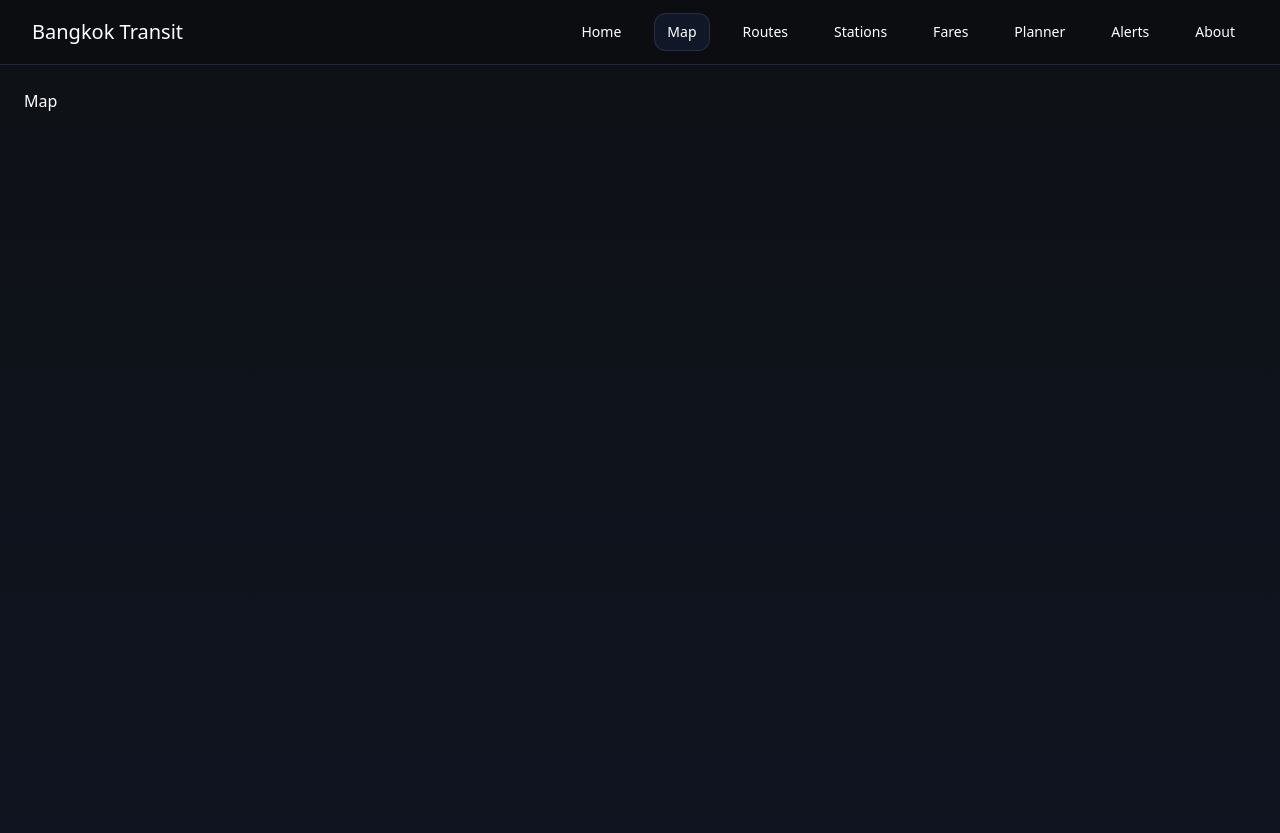
Repository: pyaestk/Bangkok-transit-map
Page: /map
These files come from the project's save history. The page is drawn as it stood at one moment and after the next save; the edit follows.
The browser window is 1280 px wide. The pictures show the whole page.
The project was rebuilt for these pictures with package versions that can differ from the ones it lists, and the page was loaded fresh each time. Also part of the build but not shown: vite.config.ts, src/pages/Home.tsx, src/pages/Planner.tsx, src/pages/Stations.tsx, src/pages/TrainRoutes.tsx, src/pages/Fares.tsx, src/pages/Alerts.tsx, src/pages/About.tsx.

Above is the page before, as saved 2025-10-04 09:39:32.

### index.html
<!doctype html>
<html lang="en">
  <head>
    <meta charset="UTF-8" />
    <link rel="icon" type="image/svg+xml" href="/vite.svg" />
    <meta name="viewport" content="width=device-width, initial-scale=1.0" />
    <title>bangkok-transit-map</title>
  </head>
  <body>
    <div id="root"></div>
    <script type="module" src="/src/main.tsx"></script>
  </body>
</html>

### src/main.tsx
import { StrictMode } from 'react'
import { createRoot } from 'react-dom/client'
import './index.css'
import App from './App.tsx'
import { BrowserRouter as Router } from 'react-router'

createRoot(document.getElementById('root')!).render(
  <StrictMode>
    <Router>
      <App />
    </Router>
  </StrictMode>,
)

### src/App.tsx
import "./App.css";
import NavBar from "./component/NavBar";
import { Routes, Route } from "react-router-dom";
import Home from "./pages/Home";
import Map from "./pages/Map";
import Planner from "./pages/Planner";
import Stations from "./pages/Stations";
import TrainRoutes from "./pages/TrainRoutes";
import Fares from "./pages/Fares";
import Alerts from "./pages/Alerts";
import About from "./pages/About";


function App() {
  return (
    <div className="min-h-screen flex flex-col">
      {/* Navbar at the top */}
      <NavBar />

      {/* Main content area */}
      <main className="flex-1 p-6 bg-[linear-gradient(180deg,rgba(14,17,22,1)_0%,rgba(15,20,32,1)_100%)]">
        <Routes>
          <Route
            path="/"
            element={ <Home/> }
          />
          <Route
            path="/map"
            element={ <Map/> }
          />
          <Route
            path="/planner"
            element={ <Planner/>}
          />
          <Route
            path="/routes"
            element={<TrainRoutes/>}
          />
          <Route
            path="/stations"
            element={<Stations/>}
          />

          <Route
            path="/fares"
            element={<Fares/>}
          />
          <Route
            path="/alerts"
            element={<Alerts/>}
          />
          <Route
            path="/about"
            element={<About/>}
          />
        </Routes>
      </main>
    </div>
  );
}

export default App;

### src/App.css
@import "tailwindcss";

:root{
    background-color: black;
}

### src/component/NavBar.tsx
import { NavLink } from "react-router-dom";
import { useState } from "react";

function NavBar() {
  const [open, setOpen] = useState(false);

  const baseClasses =
    "px-3 py-2 rounded-xl text-sm border border-transparent block text-center";
  const inactiveClasses = "text-white transition-colors";
  const activeClasses = "bg-gray-900 text-white border border-white/10";

  const links = [
    { to: "/", label: "Home" },
    { to: "/map", label: "Map" },
    { to: "/routes", label: "Routes" },
    { to: "/stations", label: "Stations" },
    { to: "/fares", label: "Fares" },
    { to: "/planner", label: "Planner" },
    { to: "/alerts", label: "Alerts" },
    { to: "/about", label: "About" },
  ];

  return (
    <nav className="sticky top-0 z-50 bg-[#0e1116cc] border-b border-[#232838] backdrop-blur-[5px] backdrop-brightness-[100%] [-webkit-backdrop-filter:blur(5px)_brightness(100%)]">
      <div className="max-w-7xl mx-auto px-4 sm:px-6 lg:px-8">
        <div className="flex items-center justify-between h-16">
          {/* Left side (Logo / Brand) */}
          <div className="flex-shrink-0 text-white text-xl">
            Bangkok Transit
          </div>

          {/* Desktop links */}
          <div className="hidden md:flex space-x-5">
            {links.map((l) => (
              <NavLink
                key={l.to}
                to={l.to}
                className={({ isActive }) =>
                  `${baseClasses} ${isActive ? activeClasses : inactiveClasses}`
                }
              >
                {l.label}
              </NavLink>
            ))}
          </div>

          {/* Mobile hamburger button */}
          <div className="md:hidden">
            <button
              aria-label="Toggle menu"
              onClick={() => setOpen((s) => !s)}
              className="inline-flex items-center justify-center p-2 rounded-md text-white hover:bg-white/5 focus:outline-none focus:ring-2 focus:ring-white"
            >
              <span className="sr-only">Open main menu</span>
              {/* Hamburger / X icon */}
              <svg
                className={`h-6 w-6 ${open ? "hidden" : "block"}`}
                xmlns="http://www.w3.org/2000/svg"
                fill="none"
                viewBox="0 0 24 24"
                strokeWidth={2}
                stroke="currentColor"
                aria-hidden="true"
              >
                <path
                  strokeLinecap="round"
                  strokeLinejoin="round"
                  d="M3 6h18M3 12h18M3 18h18"
                />
              </svg>
              <svg
                className={`h-6 w-6 ${open ? "block" : "hidden"}`}
                xmlns="http://www.w3.org/2000/svg"
                fill="none"
                viewBox="0 0 24 24"
                strokeWidth={2}
                stroke="currentColor"
                aria-hidden="true"
              >
                <path
                  strokeLinecap="round"
                  strokeLinejoin="round"
                  d="M6 18L18 6M6 6l12 12"
                />
              </svg>
            </button>
          </div>
        </div>
      </div>

      {/* Mobile menu, shown when open is true */}
      <div className={`md:hidden ${open ? "block" : "hidden"} `}>
        <div className="px-2 pt-2 pb-3 space-y-1">
          {links.map((l) => (
            <NavLink
              key={l.to}
              to={l.to}
              onClick={() => setOpen(false)}
              className={({ isActive }) =>
                `${baseClasses} ${isActive ? activeClasses : inactiveClasses}`
              }
            >
              {l.label}
            </NavLink>
          ))}
        </div>
      </div>
    </nav>
  );
}

export default NavBar;

### src/pages/Map.tsx
export default function Map() {
  return (
    <div className="min-h-screen">
      <h1 className="text-white">Map</h1>
    </div>
  )
}

Loaded but not shown: src/index.css (common file)

After the next save:
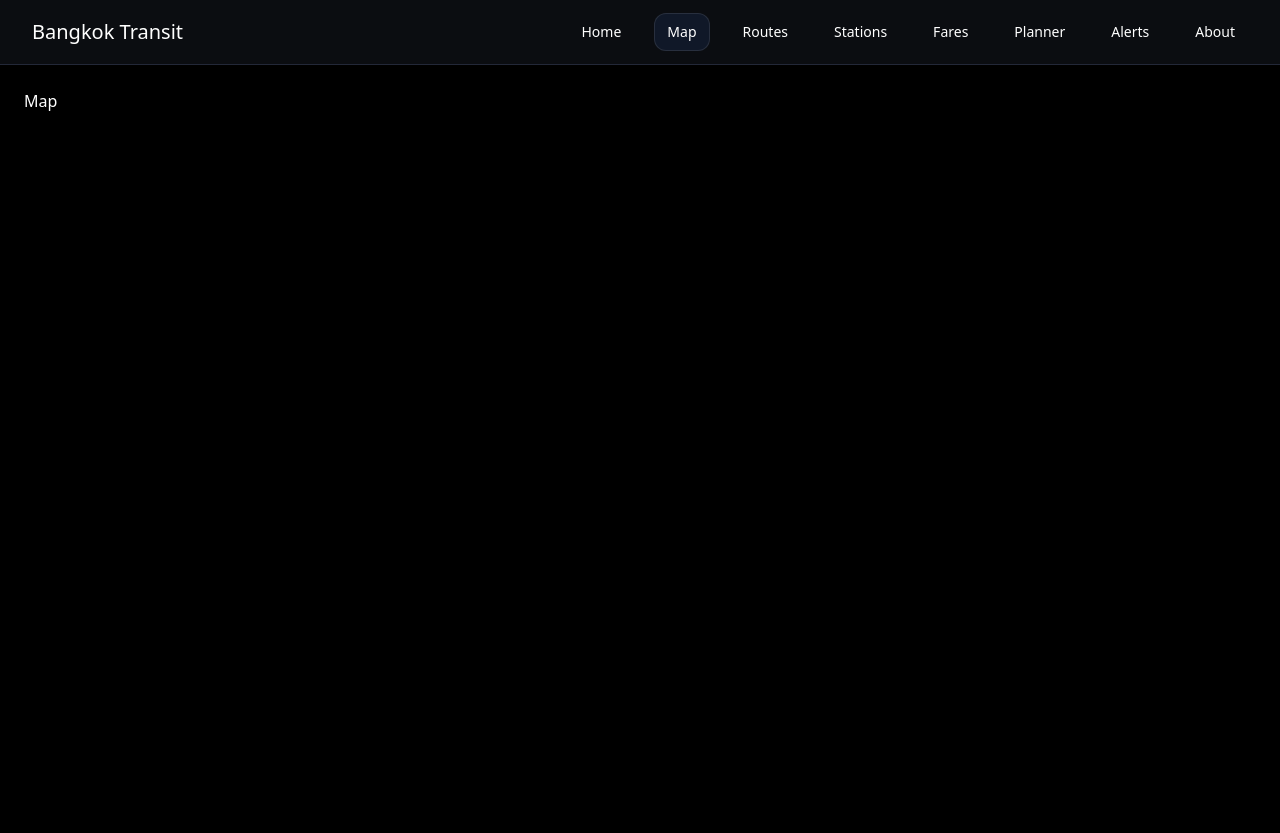
Saved 2 min 59 s later.
--- a/src/App.tsx
+++ b/src/App.tsx
@@ -18,7 +18,7 @@
       <NavBar />
 
       {/* Main content area */}
-      <main className="flex-1 p-6 bg-[linear-gradient(180deg,rgba(14,17,22,1)_0%,rgba(15,20,32,1)_100%)]">
+      <main className="flex-1 p-6">
         <Routes>
           <Route
             path="/"

After the save that followed:
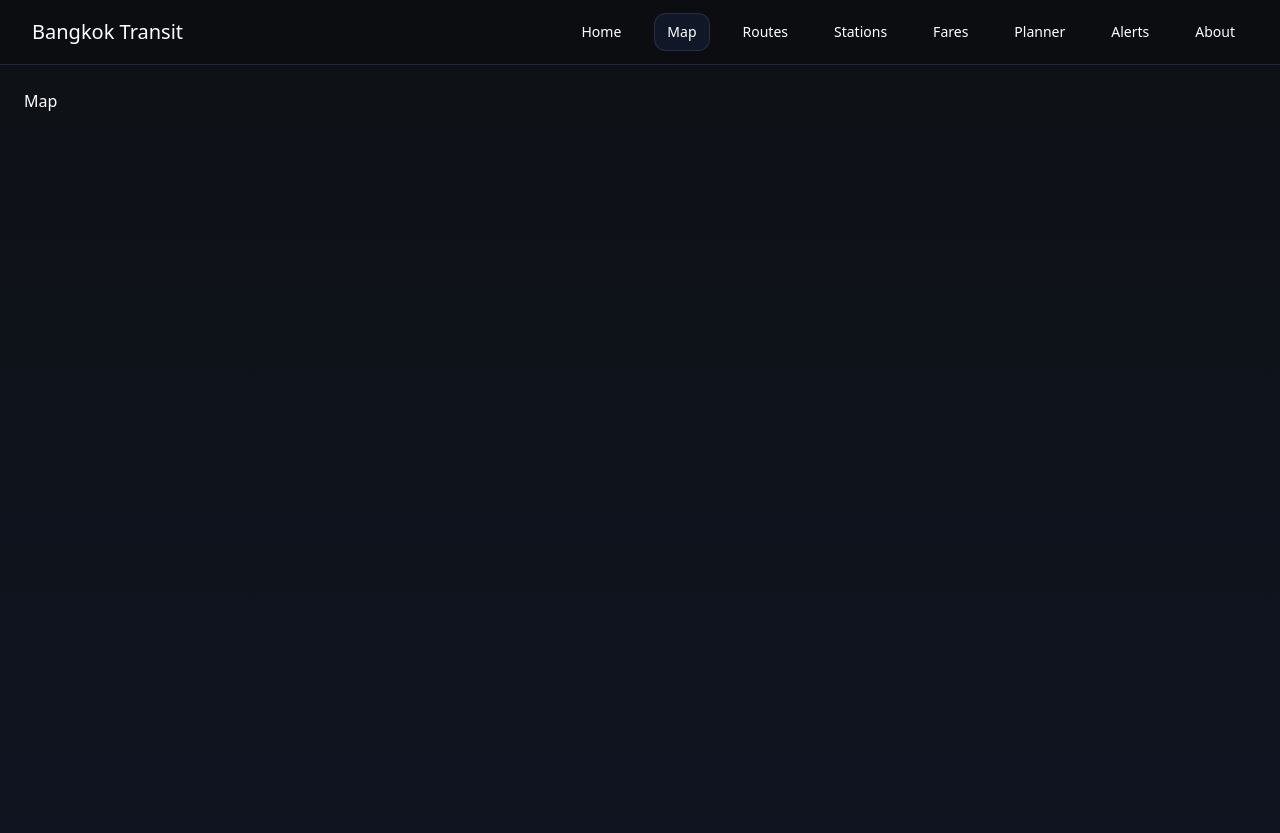
Saved 25 s later.
--- a/src/App.tsx
+++ b/src/App.tsx
@@ -18,7 +18,7 @@
       <NavBar />
 
       {/* Main content area */}
-      <main className="flex-1 p-6">
+      <main className="flex-1 p-6 bg-[linear-gradient(180deg,rgba(14,17,22,1)_0%,rgba(15,20,32,1)_100%)]">
         <Routes>
           <Route
             path="/"
